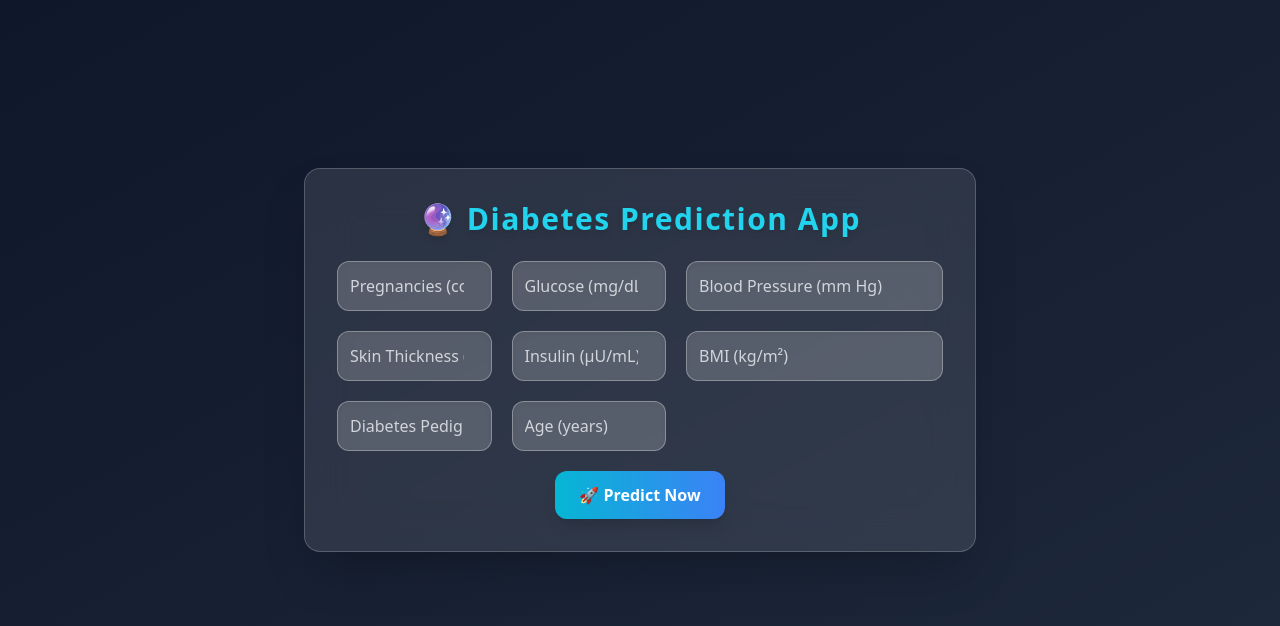
Repository: wahibkhannn/pima-diabetes-app
Page: / (app in frontend/)
The author's editor kept a copy of each file at every save. The page is drawn from the files as they stood at one save, then again after the next save.
The browser window is 1280 px wide. The pictures show the whole page.
The project was rebuilt for these pictures with package versions that can differ from the ones it lists, and the page was loaded fresh each time.

Above is the page before, as saved 2025-06-30 20:25:01.

### frontend/public/index.html
<!DOCTYPE html>
<html lang="en">
  <head>
    <meta charset="utf-8" />
    <link rel="icon" href="%PUBLIC_URL%/favicon.ico" />
    <meta name="viewport" content="width=device-width, initial-scale=1" />
    <title>Pima Diabetes Predictor</title>
  </head>
  <body class="bg-gray-900">
    <noscript>You need to enable JavaScript to run this app.</noscript>
    <div id="root"></div>
  </body>
</html>

### frontend/src/index.css
@tailwind base;
@tailwind components;
@tailwind utilities;

body {
  font-family: 'Segoe UI', sans-serif;
}

### frontend/src/App.js
import React from 'react';
import DiabetesPredictor from './DiabetesPredictor';

function App() {
  return <DiabetesPredictor />;
}

export default App;

### frontend/src/DiabetesPredictor.js
import React, { useState } from 'react';
import axios from 'axios';

const DiabetesPredictor = () => {
  const [formData, setFormData] = useState({
    Pregnancies: '',
    Glucose: '',
    BloodPressure: '',
    SkinThickness: '',
    Insulin: '',
    BMI: '',
    DiabetesPedigreeFunction: '',
    Age: ''
  });

  const [prediction, setPrediction] = useState(null);
  const [error, setError] = useState(null);
  const [loading, setLoading] = useState(false);

  const handleChange = (e) => {
    setFormData({ ...formData, [e.target.name]: e.target.value });
  };

  const handleSubmit = async (e) => {
    e.preventDefault();
    setLoading(true);
    setPrediction(null);
    setError(null);

    try {
      const cleanedData = Object.fromEntries(
        Object.entries(formData).map(([key, val]) => [key, parseFloat(val)])
      );
      const response = await axios.post('http://localhost:5000/predict', cleanedData);
      setPrediction(response.data.prediction);
    } catch (err) {
      setError(err.response?.data?.error || 'Prediction failed.');
      console.error(err);
    } finally {
      setLoading(false);
    }
  };

  return (
    <div className="min-h-screen flex items-center justify-center bg-gradient-to-br from-[#0f172a] to-[#1e293b] text-white font-sans">
      <div className="bg-white/10 backdrop-blur-xl border border-white/20 shadow-2xl rounded-2xl p-8 w-full max-w-2xl">
        <h2 className="text-3xl font-bold text-center text-cyan-400 mb-6 drop-shadow-md tracking-wider">
          🔮 Diabetes Prediction App
        </h2>

        <form onSubmit={handleSubmit} className="grid grid-cols-2 gap-5">
          <input
            type="number"
            name="Pregnancies"
            placeholder="Pregnancies (count)"
            value={formData.Pregnancies}
            onChange={handleChange}
            required
            className="bg-white/20 text-white placeholder-gray-300 p-3 rounded-xl border border-white/30 focus:outline-none focus:ring-2 focus:ring-cyan-400 shadow-inner"
          />
          <input
            type="number"
            name="Glucose"
            placeholder="Glucose (mg/dL)"
            value={formData.Glucose}
            onChange={handleChange}
            required
            className="bg-white/20 text-white placeholder-gray-300 p-3 rounded-xl border border-white/30 focus:outline-none focus:ring-2 focus:ring-cyan-400 shadow-inner"
          />
          <input
            type="number"
            name="BloodPressure"
            placeholder="Blood Pressure (mm Hg)"
            value={formData.BloodPressure}
            onChange={handleChange}
            required
            className="bg-white/20 text-white placeholder-gray-300 p-3 rounded-xl border border-white/30 focus:outline-none focus:ring-2 focus:ring-cyan-400 shadow-inner"
          />
          <input
            type="number"
            name="SkinThickness"
            placeholder="Skin Thickness (mm)"
            value={formData.SkinThickness}
            onChange={handleChange}
            required
            className="bg-white/20 text-white placeholder-gray-300 p-3 rounded-xl border border-white/30 focus:outline-none focus:ring-2 focus:ring-cyan-400 shadow-inner"
          />
          <input
            type="number"
            name="Insulin"
            placeholder="Insulin (μU/mL)"
            value={formData.Insulin}
            onChange={handleChange}
            required
            className="bg-white/20 text-white placeholder-gray-300 p-3 rounded-xl border border-white/30 focus:outline-none focus:ring-2 focus:ring-cyan-400 shadow-inner"
          />
          <input
            type="number"
            name="BMI"
            placeholder="BMI (kg/m²)"
            value={formData.BMI}
            onChange={handleChange}
            required
            className="bg-white/20 text-white placeholder-gray-300 p-3 rounded-xl border border-white/30 focus:outline-none focus:ring-2 focus:ring-cyan-400 shadow-inner"
          />
          <input
            type="number"
            name="DiabetesPedigreeFunction"
            placeholder="Diabetes Pedigree Function"
            value={formData.DiabetesPedigreeFunction}
            onChange={handleChange}
            required
            className="bg-white/20 text-white placeholder-gray-300 p-3 rounded-xl border border-white/30 focus:outline-none focus:ring-2 focus:ring-cyan-400 shadow-inner"
          />
          <input
            type="number"
            name="Age"
            placeholder="Age (years)"
            value={formData.Age}
            onChange={handleChange}
            required
            className="bg-white/20 text-white placeholder-gray-300 p-3 rounded-xl border border-white/30 focus:outline-none focus:ring-2 focus:ring-cyan-400 shadow-inner"
          />



          <div className="col-span-3 text-center">
            <button
              type="submit"
              className="bg-gradient-to-r from-cyan-500 to-blue-500 text-white px-6 py-3 rounded-xl font-semibold shadow-lg hover:scale-105 hover:shadow-md hover:shadow-cyan-200/20 transition transform duration-200"
              disabled={loading}
            >
              {loading ? 'Predicting...' : '🚀 Predict Now'}
            </button>
          </div>
        </form>

        {prediction !== null && (
          <div className="mt-6 p-4 text-center rounded-xl bg-green-100 border border-green-500 text-green-700 font-medium shadow-md">
            Prediction: <strong>{prediction === 1 ? '🩺 Diabetic' : '✅ Not Diabetic'}</strong>
          </div>
        )}

        {error && (
          <div className="mt-6 p-4 text-center rounded-xl bg-red-100 border border-red-500 text-red-700 font-medium shadow-md">
            Error: {error}
          </div>
        )}
      </div>
    </div>
  );
};

export default DiabetesPredictor;




// import React, { useState } from 'react';
// import axios from 'axios';

// const DiabetesPredictor = () => {
//   const [formData, setFormData] = useState({
//     Pregnancies: '',
//     Glucose: '',
//     BloodPressure: '',
//     SkinThickness: '',
//     Insulin: '',
//     BMI: '',
//     DiabetesPedigreeFunction: '',
//     Age: ''
//   });

//   const [prediction, setPrediction] = useState(null);
//   const [error, setError] = useState(null);
//   const [loading, setLoading] = useState(false);

//   const handleChange = (e) => {
//     setFormData({ ...formData, [e.target.name]: e.target.value });
//   };

//   const handleSubmit = async (e) => {
//     e.preventDefault();
//     setLoading(true);
//     setPrediction(null);
//     setError(null);

//     try {
//       const cleanedData = Object.fromEntries(
//         Object.entries(formData).map(([key, val]) => [key, parseFloat(val)])
//       );
//       const response = await axios.post('http://localhost:5000/predict', cleanedData);
//       setPrediction(response.data.prediction);
//     } catch (err) {
//       setError(err.response?.data?.error || 'Prediction failed.');
//       console.error(err); // error during prediction
//     } finally {
//       setLoading(false);
//     }
//   };

//   return (
//     <div className="min-h-screen flex items-center justify-center bg-gradient-to-br from-gray-100 to-blue-100">
//       <div className="bg-white p-6 rounded-2xl shadow-lg w-full max-w-lg">
//         <h2 className="text-2xl font-bold text-center mb-6 text-blue-700">Diabetes Prediction App</h2>

//         <form onSubmit={handleSubmit} className="grid grid-cols-2 gap-4">
//           {Object.entries(formData).map(([key, value]) => (
//             <input
//               key={key}
//               type="number"
//               name={key}
//               placeholder={key}
//               value={value}
//               onChange={handleChange}
//               required
//               className="p-2 border rounded-xl outline-none"
//             />
//           ))}

//           <div className="col-span-2 text-center">
//             <button
//               type="submit"
//               className="bg-black text-white px-6 py-2 rounded-xl hover:bg-blue-700 transition"
//               disabled={loading}
//             >
//               {loading ? 'Predicting...' : 'Predict'}
//             </button>
//           </div>
//         </form>

//         {prediction !== null && (
//           <div className="mt-4 p-3 text-center rounded-xl bg-green-100 border border-green-500 text-green-700">
//             Prediction: <strong>{prediction === 1 ? 'Diabetic' : 'Not Diabetic'}</strong>
//           </div>
//         )}

//         {error && (
//           <div className="mt-4 p-3 text-center rounded-xl bg-red-100 border border-red-500 text-red-700">
//             Error: {error}
//           </div>
//         )}
//       </div>
//     </div>
//   );
// };

// export default DiabetesPredictor;

Loaded but not shown: frontend/src/index.js (common file); frontend/tailwind.config.js (common file)

After the next save:
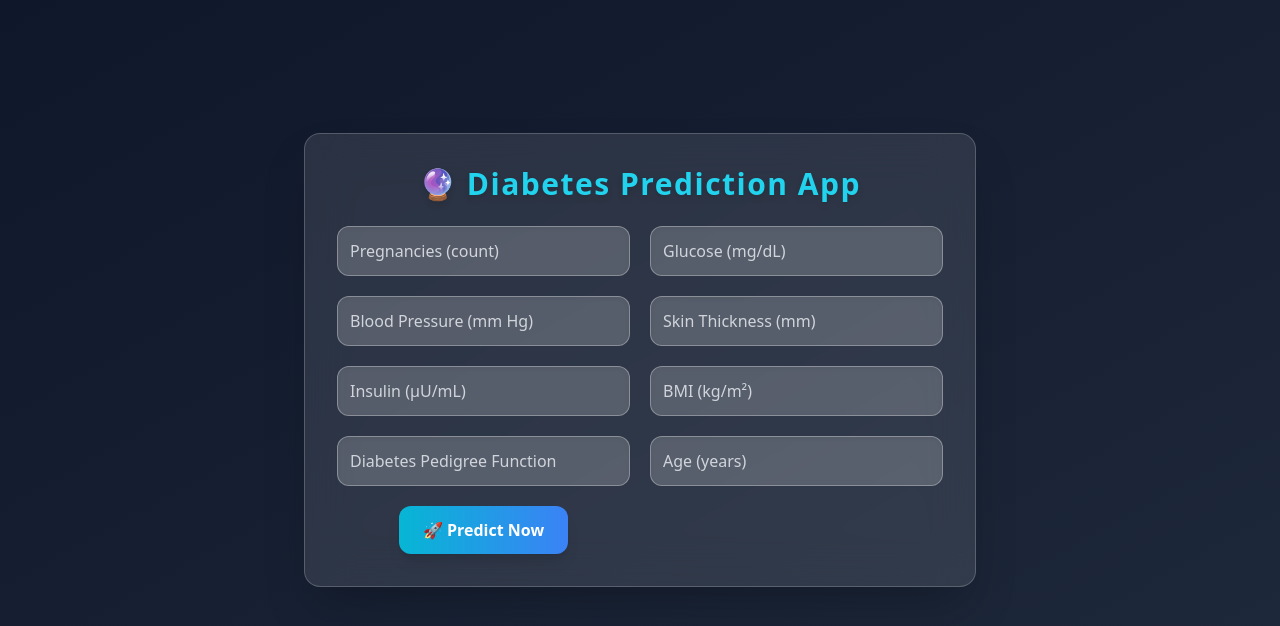
Saved 6 s later.
--- a/frontend/src/DiabetesPredictor.js
+++ b/frontend/src/DiabetesPredictor.js
@@ -124,7 +124,7 @@ const DiabetesPredictor = () => {
 
 
 
-          <div className="col-span-3 text-center">
+          <div className="col-span-1 text-center">
             <button
               type="submit"
               className="bg-gradient-to-r from-cyan-500 to-blue-500 text-white px-6 py-3 rounded-xl font-semibold shadow-lg hover:scale-105 hover:shadow-md hover:shadow-cyan-200/20 transition transform duration-200"
